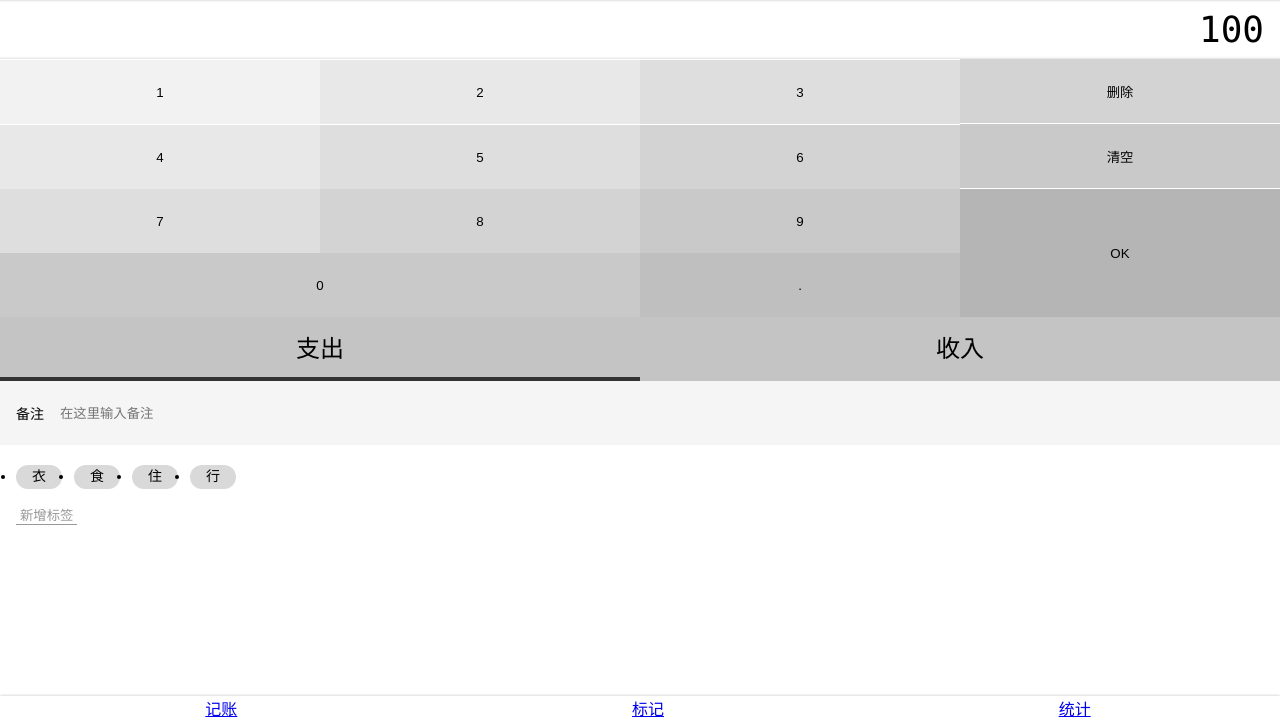
Repository: jiujiu407/bookkeeping
Page: /
The author's editor kept a copy of each file at every save. The page is drawn from the files as they stood at one save, then again after a run of saves.
The browser window is 1280 px wide. The pictures show the whole page.
The project was rebuilt for these pictures with package versions that can differ from the ones it lists, and the page was loaded fresh each time. Also part of the build but not shown: vue.config.js, src/views/Labels.vue, src/views/Statistics.vue, src/views/NotFound.vue.

Above is the page before, as saved 2021-10-19 14:47:36.

### src/main.ts
import Vue from 'vue'
import App from './App.vue'
import './registerServiceWorker'
import router from './router'
import store from './store'
import Nav from '@/components/Nav.vue';
import Layout from '@/components/Layout.vue';
import Icon from '@/components/Icon.vue';

Vue.config.productionTip = false
Vue.component('Nav',Nav)
Vue.component('Layout',Layout)
Vue.component('Icon',Icon)
new Vue({
  router,
  store,
  render: h => h(App)
}).$mount('#app')

### src/App.vue
import router from '../.history/src/router/index_20211014144307';
<template>
<div>
  <router-view/>
</div>
</template>

<style lang="scss">
*{
  margin: 0;
  padding: 0;
  box-sizing: border-box;
}
#app {
  font-family: Avenir, Helvetica, Arial, sans-serif;
  -webkit-font-smoothing: antialiased;
  -moz-osx-font-smoothing: grayscale;
  text-align: center;
  color: #2c3e50;
}

#nav {
  padding: 30px;

  a {
    font-weight: bold;
    color: #2c3e50;

    &.router-link-exact-active {
      color: #42b983;
    }
  }
}
</style>

### src/router/index.ts
import Vue from 'vue'
import VueRouter, { RouteConfig } from 'vue-router'
import Money from '@/views/Money.vue'
import Labels from '@/views/Labels.vue'
import Statistics from '@/views/Statistics.vue'
import NotFound from '@/views/NotFound.vue'
Vue.use(VueRouter)

const routes: Array<RouteConfig> = [
  {
    // 根路径，重定向到money页面
    path:'/',
    redirect:'/money'
  },
 {
   path:'/money',
   component:Money
 },
 {
   path:'/labels',
   component:Labels
 },
 {
  path:'/statistics',
  component:Statistics
},
{
  // '*'指除了上面四个页面外的其他所有页面
  path:'*',
  component:NotFound
}
]

const router = new VueRouter({
  routes
})

export default router

### src/components/Nav.vue
<template>
    <nav>
    <router-link to="/money" class="item">
   <Icon name="money"></Icon>
    记账</router-link>
    <router-link to="/labels" class="item">
    <Icon name="label"></Icon>
    标记</router-link>
    <router-link to="/statistics" class="item">
    <Icon name="statistics"></Icon>
    统计</router-link>
  </nav>
</template>

<script lang="ts">
import Vue from 'vue'
export default Vue.extend({

})
</script>

// scoped:样式只在当前组件范围生效
<style lang="scss" scoped>
nav{
  display: flex;
  box-shadow: 0 0 3px rgba(0,0,0,0.25);
  flex-direction: row;
  >.item{
    width: 33.3333%;
    display: flex;
    justify-content: center;
    align-content: center;
  }
}


</style>

### src/components/Layout.vue
<template>
    <div class="nav-wrapper">
        <div class="content">
           <slot></slot>
        </div>
     <Nav />
    </div>
</template>

<script>
    export default {

    }
</script>

<style lang="scss" scoped>
.nav-wrapper{
    display:flex;
    flex-direction: column;
    height: 100vh;
}
.content{
    // 1的意思是尽量把所有的高度都给content,其他部分占剩下的
    flex-grow: 1;
    overflow: auto;
}
</style>

### src/components/Icon.vue
<template>
    <div>
 <svg class="icon">
        <use :xlink:href="'#'+name"/>
    </svg>
    </div>
</template>

<script lang="ts">
let importAll = (requireContext: __WebpackModuleApi.RequireContext) => requireContext.keys().forEach(requireContext);
try{
    importAll(require.context('../assets/icons',true,/\.svg$/));
    }catch(error){
 console.log(error)
    }
    export default {
        props:['name']
    }
</script>

<style lang="scss" scoped>
   .icon{
       width: 1em;
       height: 1em;
       vertical-align: -0.15em;
       fill: currentColor;
       overflow: hidden;
   }
</style>

### src/views/Money.vue
import Money from '@/views/Money.vue';
import Layout from '@/components/Layout.vue';
<template>
    <div>
        <Layout class-prefix="layout">
          <div class="numberPad">
            <div class="output">100</div>
            <div class="buttons">
              <button>1</button>
              <button>2</button>
              <button>3</button>
              <button>删除</button>
              <button>4</button>
              <button>5</button>
              <button>6</button>
              <button>清空</button>
              <button>7</button>
              <button>8</button>
              <button>9</button>
              <button class="ok">OK</button>
              <button class="zero">0</button>
              <button>.</button>
            </div>
          </div>
          <div>
            <ul class="types">
              <li class="selected">支出</li>
              <li>收入</li>
            </ul>
          </div>
          <div>
            <label class="notes">
              <span class="name">备注</span>
              <input type="text" placeholder="在这里输入备注">
            </label>
          </div>
          <div class="tags">
            <div class="new">
              <button>新增标签</button>
            </div>
            <ul class="current">
              <li>衣</li>
              <li>食</li>
              <li>住</li>
              <li>行</li>
            </ul>
          </div>
        </Layout>
    </div>
</template>

<script>
    export default {
        name: "Money",
    }
</script>
<style lang="scss">
.layout-content{
  display: flex;
  flex-direction: column-reverse;
}
</style>
<style lang="scss" scoped>
@import "src/assets/style/helper";
.numberPad{
  .output{
    @extend %clearFix;
    @extend %innerShadow;
    font-size: 36px;
    font-family: Consolas, monospace;
    padding: 9px 16px;
    text-align: right;
  }
  .buttons{
    @extend %clearFix;
    > button{
      width: 25%;
      height: 64px;
      background: transparent;
      border: none;
      &.ok{
        height: 64*2px;
        float: right;
      }
      &.zero {
        width: 25% * 2;
      }
      $bg: #f2f2f2;
      &:nth-child(1){
        background: $bg;
      }
      &:nth-child(2),&:nth-child(5){
        background: darken($bg,4%);
      }
      &:nth-child(3),&:nth-child(6),&:nth-child(9){
        background: darken($bg,4*2%);
      }
      &:nth-child(4),&:nth-child(7),&:nth-child(10){
        background: darken($bg,4*3%);
      }
      &:nth-child(8),&:nth-child(11),&:nth-child(13){
        background: darken($bg,4*4%);
      }
      &:nth-child(14){
        background: darken($bg,4*5%);
      }
      &:nth-child(12){
        background: darken($bg,4*6%);
      }

    }
  }
}
.types{
  background: #c4c4c4;
  display: flex;
  text-align: center;
  font-size: 24px;
  > li {
    width: 50%;
    line-height: 64px;
    display: flex;
    justify-content: center;
    align-items: center;
    position: relative;
    &.selected::after {
      content: '';
      position: absolute;
      bottom: 0;
      left: 0;
      width: 100%;
      height: 4px;
      background: #333;
    }
  }
}
.notes{
  font-size: 14px;
  background: #f5f5f5;
  display: flex;
  padding-left: 16px;
  align-items: center;
  .name{
      padding-right: 16px;
  }
  input{
     height: 64px;
    flex-grow: 1;
    background: transparent;
    border: none;
    padding-right: 16px;
  }
}
.tags {
  font-size: 14px;
  padding: 16px;
  flex-grow: 1;
  display: flex;
  flex-direction: column-reverse;
  > .current {
    display: flex;
    flex-wrap: wrap;
    > li{
      background: #d9d9d9;
      $h:24px;
      height: $h;
      border-radius: $h/2;
      padding: 0 16px;
      margin-right: 12px;
      line-height: $h;
      margin-top: 4px;
    }
  }
  > .new{
    padding-top: 16px;
    button{
      background: transparent;
      border: none;
      color: #999;
      border-bottom: 1px solid;
      padding: 0 4px;
    }
  }
}
</style>

### src/assets/style/helper.scss
$font-hei: -apple-system, "Helvetica Neue", Helvetica, "Nimbus Sans L", Arial, "Liberation Sans", "PingFang SC", "Hiragino Sans GB", "Source Han Sans CN", "Source Han Sans SC", "Microsoft YaHei", "Wenquanyi Micro Hei", "WenQuanYi Zen Hei", "ST Heiti", SimHei, "WenQuanYi Zen Hei Sharp", sans-serif;
$font-kai:Baskerville, Georgia, "Liberation Serif", "Kaiti SC", STKaiti, "AR PL UKai CN", "AR PL UKai HK", "AR PL UKai TW", "AR PL UKai TW MBE", "AR PL KaitiM GB", KaiTi, KaiTi_GB2312, DFKai-SB, "TW\-Kai", serif;
$font-song: Georgia, "Nimbus Roman No9 L", "Songti SC", STSong, "AR PL New Sung", "AR PL SungtiL GB", NSimSun, SimSun, "TW\-Sung", "WenQuanYi Bitmap Song", "AR PL UMing CN", "AR PL UMing HK", "AR PL UMing TW", "AR PL UMing TW MBE", PMingLiU, MingLiU, serif;
$color-hughlight: #f00;

%clearFix{
  &::after{
    content: '';
    clear: both;
    display: block;
  }
}
$color-shadow: rgba(0,0,0,0.25);
%outerShadow{
  box-shadow: 0 0 3px $color-shadow;
}
%innerShadow{
  box-shadow: inset 0 -3px 3px -3px $color-shadow,
  inset 0 3px 3px -3px $color-shadow;
}

Loaded but not shown: public/index.html (common file); src/registerServiceWorker.ts (common file); src/store/index.ts (common file)

After the next 6 saves:
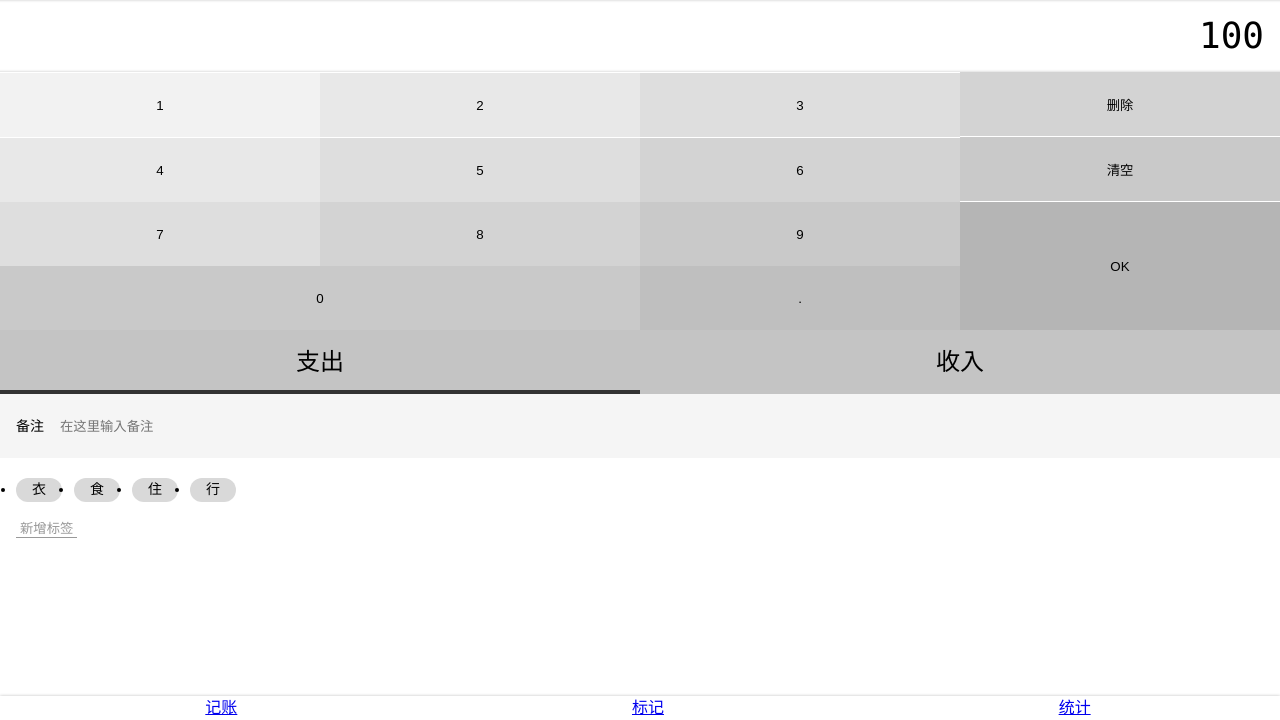
The 6 saves are shown as one change because they came seconds apart.
The last was saved 110 s later.
--- a/src/App.vue
+++ b/src/App.vue
@@ -10,6 +10,9 @@ import router from '../.history/src/router/index_20211014144307';
   margin: 0;
   padding: 0;
   box-sizing: border-box;
+}
+body{
+  line-height: 1.5;
 }
 #app {
   font-family: Avenir, Helvetica, Arial, sans-serif;
